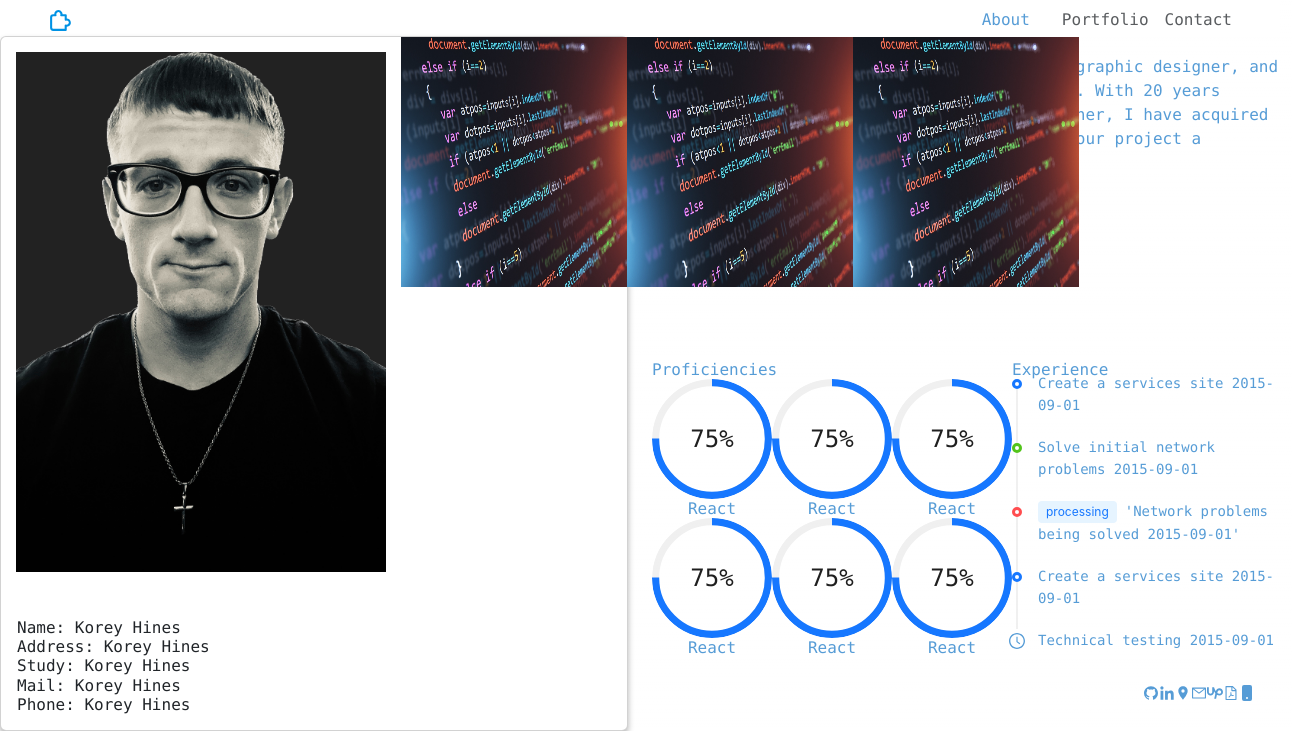
Repository: devkthines/next-portfolio-v2
Page: /about
An editor plug-in stored every save of this project. The page is shown before and after a run of saves, followed by the edit.
The browser window is 1280 px wide. The page is 1292 px wide, so the pictures cover 1292 px, including what lies to the right of the window. The pictures show the whole page.
The project was rebuilt for these pictures with package versions that can differ from the ones it lists, and the page was loaded fresh each time. The framework's server and built-in components were replaced by stand-ins that run in the browser. Also part of the build but not shown: next.config.js.

Above is the page before, as saved 2023-09-25 21:28:39.

### src/app/layout.tsx
import 'bootstrap/dist/css/bootstrap.css';
import './globals.css'
import '../../css/style.css'
import '../../css/mobile.css'
import type { Metadata } from 'next'
import { Inter } from 'next/font/google'
import TopNav from './components/topNav'
import Footer from './components/footer'
import BottomNav from './components/bottomNav'
// Put any other imports below so that CSS from your
// components takes precedence over default styles.
const inter = Inter({ subsets: ['latin'] })

export const metadata: Metadata = {
  title: "&lt;Korey ❤️ Coding/&gt;",
  description: 'Generated by create next app',
  icons: '/puzzle-piece.svg'
}

export default function RootLayout({
  children,
}: {
  children: React.ReactNode
}) {
  return (
    <html lang="en">
      <head>
        <link rel="shortcut icon" href="/puzzle-piece.svg" type="image/x-icon" />
      </head>
      <body className={inter.className}>
        <TopNav />
        {children}
        <Footer />
        <BottomNav />
      </body>
    </html>
  )
}

### src/app/about/page.js
'use client'
import Container from 'react-bootstrap/Container';
import Row from 'react-bootstrap/Row';
import Col from 'react-bootstrap/Col';
import Button from 'react-bootstrap/Button';
import Card from 'react-bootstrap/Card';
import { Progress, Space } from 'antd';
import { ClockCircleOutlined } from '@ant-design/icons';
import { Timeline } from 'antd';
import Image from 'next/image';
import { Descriptions } from 'antd';
import { Divider, Tag } from 'antd'
import {CaretRightOutlined} from '@ant-design/icons'
const items = [
  {
    key: '1',
    label: 'Name',
    children: 'Zhou Maomao',
  },
  {
    key: '2',
    label: 'Telephone',
    children: '209-366-9363',
  },
  {
    key: '3',
    label: 'Study',
    children: 'Software Engineering',
  },
  {
    key: '4',
    label: 'email',
    children: 'dev.kthines@gmail.com',
  },
  {
    key: '5',
    label: 'Address',
    children: 'Lodi, CA',
  },
];




export default function About() {

  return (
    <div id='about'>
      {/* <div> */}
        <Row>
          <Col id=''>
            <Card id='aboutcard'>
            <div className='d-flex'><Card.Img variant="top" id='aboutImg' src='/images/IMG-update.jpg' />
            <div className='d-flex'>
              <img  className='aboutImgs' src="/images/webstorm-vs-vscode.jpeg" alt="" />
              <img className='aboutImgs' src="/images/webstorm-vs-vscode.jpeg" alt="" />
              <img className='aboutImgs' src="/images/webstorm-vs-vscode.jpeg" alt="" />
            </div></div>
            <Card.Body>
              <h6>Name:  Korey Hines</h6>
              <h6>Address:  Korey Hines</h6>
              <h6>Study:  Korey Hines</h6>
              <h6>Mail:  Korey Hines</h6>
              <h6>Phone:  Korey Hines</h6>
            </Card.Body>
          </Card>
          </Col>
          <Col id='' className=''>
            <div id='abtTop' className='d-flex '><div>
              <h1>About</h1>
              <p>Hello there! My name is Alan Walker. I am
                a graphic designer, and I'm very passionate and dedicated to my work.
                With 20 years experience as a professional a graphic designer,
                I have acquired the skills and knowledge necessary to make your project a success.</p></div>
              <div className='d-flex'>
                {/* <Card className='interests'>
                  <Card.Img variant="top" className='interestImg' src='/images/IMG-update.jpg' />
                  <Card.Body>
                    <Card.Text>
                      Volunteering
                    </Card.Text>
                  </Card.Body>
                </Card>
                <Card className='interests' >
                  <Card.Img variant="top" className='interestImg' src='/images/IMG-update.jpg' />
                  <Card.Body>
                    <Card.Text>
                      All things CrossFit
                    </Card.Text>
                  </Card.Body>
                </Card> */}
              </div>
            </div>
            <div id='abtBtm' className='d-flex'>
            <div>
              <h1>Proficiencies</h1>
              <div className='d-flex'>
                <div className='text-center'><Progress strokeLinecap="butt" type="circle" percent={75} /><h6>React</h6></div>
                <div className='text-center'><Progress strokeLinecap="butt" type="circle" percent={75} /><h6>React</h6></div>
                <div className='text-center'><Progress strokeLinecap="butt" type="circle" percent={75} /><h6>React</h6></div>
              </div>
              <div className='d-flex'>
                <div className='text-center'><Progress strokeLinecap="butt" type="circle" percent={75} /><h6>React</h6></div>
                <div className='text-center'><Progress strokeLinecap="butt" type="circle" percent={75} /><h6>React</h6></div>
                <div className='text-center'><Progress strokeLinecap="butt" type="circle" percent={75} /><h6>React</h6></div>
              </div>
            </div>
            <div> <h1>Experience</h1>
              <Timeline
                // mode="alternate"
                items={[
                  {
                    children: 'Create a services site 2015-09-01',
                  },
                  {
                    children: 'Solve initial network problems 2015-09-01',
                    color: 'green',
                  },
                  {
                    color: 'red',
                    children: <><Tag bordered={false} color="processing">
                      processing
                    </Tag>'Network problems being solved 2015-09-01'</>,
                  },
                  {
                    children: 'Create a services site 2015-09-01',
                  },
                  {
                    dot: <ClockCircleOutlined style={{ fontSize: '16px' }} />,
                    children: 'Technical testing 2015-09-01',
                  },
                ]}
              />
            </div>
            </div>
          </Col>
        </Row>
      {/* </div> */}
    </div>
  )
}

### css/style.css
* {
    box-sizing: border-box;
    margin: 0;
    padding: 0;
    font-family: Consolas, "Courier New", monospace;
    /* background-color: #222222; */
    color: #569cd6;

}

body {
    background-color: white;
}

.infoSection {
    /* width: 80vw; */
    height: 90vh;
    /* display: flex; */
    /* justify-content: center; */
    /* margin-bottom: 20vh; */
    background-color: #222222;
    border-bottom: 3px solid #569cd6;
}

#infoCol {
    display: flex;
    justify-content: center;
}

.aboutSection {
    /* width: 80vw; */
    padding-top: 100px;
    /* height: 70vh; */
    background: linear-gradient(#222222, rgb(24, 24, 24));
}

#portrait {
    width: 40vw;
    height: 80vh;
    /* border-radius: 0 0 2rem 2rem; */
}

#portraitCol {
    display: flex;
    justify-content: center;
}

#portrait:hover {
    transform: rotateX(180deg);
}

.imgTest {
    margin: 10px;
}

.imgTest:active {
    flex-grow: 10000;
    transform: scale(1);

    max-width: 600px;
    margin: 0px;
    border-radius: 40px;

    background-size: auto 100%;
}

.tab-content {
    height: 100% !important;
    margin-left: 25% !important;
}

/* .color-change{
    background-color: greenyellow;
} */
.noShow {
    display: none;
}

.buttonShow {
    display: block;
}

#tile1 {
    width: 700px;
    height: 500px;
}

#experience {
    padding-top: 50px;
    height: auto;
}

main {
    display: flex;
    flex-direction: column;
    justify-content: center;
    align-items: center;
}

.middle {
    transition: .5s ease;
    opacity: 0;
    position: absolute;
    top: 50%;
    left: 50%;
    transform: translate(-50%, -50%);
    -ms-transform: translate(-50%, -50%);
    text-align: center;
}

#imageTile1 {
    position: relative;
    width: 40vw;
    height: 70vh;
}

#tile1 {
    width: 100%;
    height: 100%;
}

#imageTile1:hover #tile1 {
    opacity: 0.3;
}

#imageTile1:hover .middle {
    opacity: 1;
}

.text {
    background-color: #04AA6D;
    color: white;
    font-size: 16px;
    padding: 16px 32px;
}

#no-expand {
    display: none;

}

#expandIt {
    display: block;
}

.no-Display {
    display: none;
}

.okToDisplay {
    display: block;
}

a.nav-link {
    color: #569cd6;
}


#topNav {
    background-color: white;
    display: none;
    /* position: fixed; */
    /* top: 0; */
    width: 100%;
    height: 5vh;
}

#footer {
    display: flex;
    justify-content: space-between;
    padding: 0 25px;
}

#bottomNav {
    display: flex;
    position: fixed;
    bottom: 0;
    width: 100%;
    background-color: white;
    font-size: 16px;
}
#about{
    /* margin-top: 10vh; */
    height: 90vh;
    /* overflow: hidden; */
}

#aboutImg{
    width: 400px;
    /* height: ; */
    padding: 15px 15px 30px;
}
#aboutcard{
    box-shadow: 0 4px 6px rgba(0, 0, 0, .3);
    /* height: fit-content; */
    /* width: 400px; */

}
.interests{
    width: 200px;
    height: 300px;
}
.interestImg{
    width: 200px;
    height: 200px;
}
#abtTop{
    height: 45vh;
}
#abtBtm{
    height: 45vh;
}
#abtLeft{
    /* width: 25vw; */
}
#abtRight{
    /* width: 75vw; */
}
.aboutImgs{
    width: 250px;
    height: 250px;
}

### css/mobile.css
@media screen and (min-width: 640px){

    /* background-color: green!important; */
    #portrait{
        width: 500px;
        height: 500px;
        /* border-radius: 0 0 2rem 2rem; */

    }

main{
    /* color: white!important; */
}
}
@media screen and (min-width: 768px){
#portraitCol{

    justify-content: start;
}
#infoCol{
    justify-content: end;
    /* text-align: end; */
}
}
@media screen and (min-width: 1024px){
    #portrait{
        width: 600px;
        height: 600px;
        /* border-radius: 0 0 2rem 2rem; */
    }
    #topNav{
        display:flex ;
    }
    #bottomNav{
        display: none;
    }
}
@media screen and (min-width: 1280px){

}
@media screen and (min-width: 1536px){

}

### src/app/components/topNav.js
'use client';
import Nav from 'react-bootstrap/Nav';
import Image from 'next/image';


export default function TopNav(){

    return(
        <header>
        {/* <Navbar id='topNav' className={`${color ? 'color-change' : ''}`} sticky='top' expand="lg" > */}

        <Nav id='topNav' variant="underline" defaultActiveKey="/home" className='d-flex justify-content-between'>
       <div className='ms-5'><Nav.Item>
          <Nav.Link href="/"><Image width={25} height={25} id='navbrand' src="/puzzle-piece.svg" alt="" /></Nav.Link>
        </Nav.Item></div>
        <div className='d-flex me-5'><Nav.Item className='px-3'>
          <Nav.Link href="/about">About</Nav.Link>
        </Nav.Item>
        <Nav.Item className='px-3'>
          <Nav.Link eventKey="disabled" disabled>
            Portfolio
          </Nav.Link>
        </Nav.Item>
        <Nav.Item>
          <Nav.Link eventKey="disabled" disabled>
            Contact
          </Nav.Link>
        </Nav.Item>
        </div>
      </Nav>
      </header>
    )
} ;

### src/app/components/footer.js
'use client'

import OverlayTrigger from 'react-bootstrap/OverlayTrigger';
import Card from 'react-bootstrap/Card';
import { AiFillGithub } from 'react-icons/ai';
import { GrLinkedinOption } from 'react-icons/gr';
import { MdVolunteerActivism } from 'react-icons/md';
import { IoLogoCss3 } from 'react-icons/io';
import { IoLogoJavascript } from 'react-icons/io';
import { CgGym } from 'react-icons/cg';
import { AiOutlineMail } from 'react-icons/ai';
import { AiOutlineFilePdf } from 'react-icons/ai';
import { BsFillPhoneFill } from 'react-icons/bs';
import { MdLocationOn } from 'react-icons/md';
import { SiUpwork } from 'react-icons/si';
// import PicOfMe from '/images/image_67220481.JPG'
import Container from 'react-bootstrap/Container';
import Row from 'react-bootstrap/Row';
import Col from 'react-bootstrap/Col';
import { useEffect } from 'react';
import Tooltip from 'react-bootstrap/Tooltip';
import $ from 'jquery'

 export default function Footer(){
    const btnName = {
        'gitHub': {
          'id': 1,
          "placement": "bottom",
          "info": "gitHub",
          "icon": <a href="https://github.com/devkthines" target='_blank'>
            <button className='quickLinks'><AiFillGithub /></button></a>
        },
        'linkedIn': {
          'id': 2,
          "placement": "bottom",
          "info": "linkedIn",
          "icon": <a href="https://www.linkedin.com/in/korey-hines-17b0a9263" target='_blank'><button className='quickLinks'><GrLinkedinOption />
          </button></a>
        },
        'gMaps': {
          'id': 3,
          "placement": "bottom",
          "info": "gMaps",
          "icon": <a href="https://goo.gl/maps/BovFkBEjUMQ6VBob9" target='_blank'>
            <button className='quickLinks'><MdLocationOn /></button></a>
        },
        'gMail': {
          'id': 4,
          "placement": "bottom",
          "info": "gMail",
          "icon": <a href="mailto:dev.kthines@gmail.com"><button className='quickLinks'><AiOutlineMail /></button></a>
        },
        'upWork': {
          'id': 5,
          "placement": "bottom",
          "info": "upWork",
          "icon": <a href="https://www.upwork.com/freelancers/~01ae4feb16c6fa7213?viewMode=1" target='_blank'>
            <button className='quickLinks'><SiUpwork /></button></a>
        },
        'redPDF': {
          'id': 6,
          "placement": "bottom",
          "info": "resume",
          "icon": <a className='aLink' target="_blank" href="/files/hinesResume.pdf">
            <button className='quickLinks'><AiOutlineFilePdf /></button></a>
        },
        'phone': {
          'id': 7,
          "placement": "bottom",
          "info": "phone",
          "icon": <a href="tel:2093669363" >  <button className='quickLinks'><BsFillPhoneFill /></button></a>
        }
      }
    return(
        <>
        <footer id='footer'><p>Copyright 2023- Korey Hines</p>
       <div> {Object.entries(btnName).map(([k, v]) => (
                <div className='d-inline-block' key={v.id}>
                  <OverlayTrigger
                    trigger="hover"
                    key={v.id}
                    placement={v.placement}
                    overlay={

                      <Tooltip id={`tooltip-${v.placement}`}>
                        {v.info}
                      </Tooltip>
                    }
                  >
                    {v.icon}
                  </OverlayTrigger>
                </div>))}
</div>
        </footer>
        </>
    )
 }

### src/app/components/bottomNav.js
'use client'
import Nav from 'react-bootstrap/Nav';
import Image from 'next/image';
export default function BottomNav(){

    return(
        <>
        <Nav id='bottomNav' className="justify-content-center" activeKey="/home">
        <Nav.Item>
          <Nav.Link href="/"><Image width={25} height={25} id='navbrand' src="/puzzle-piece.svg" alt="" /></Nav.Link>
        </Nav.Item>
        <Nav.Item>
          <Nav.Link eventKey="link-1">About</Nav.Link>
        </Nav.Item>
        <Nav.Item>
          <Nav.Link eventKey="link-2">Portfolio</Nav.Link>
        </Nav.Item>
        <Nav.Item>
          <Nav.Link eventKey="disabled" disabled>
            Contact
          </Nav.Link>
        </Nav.Item>
      </Nav>
        </>
    )
}

Loaded but not shown: src/app/globals.css (common file); tailwind.config.ts (common file)

After the next 3 saves:
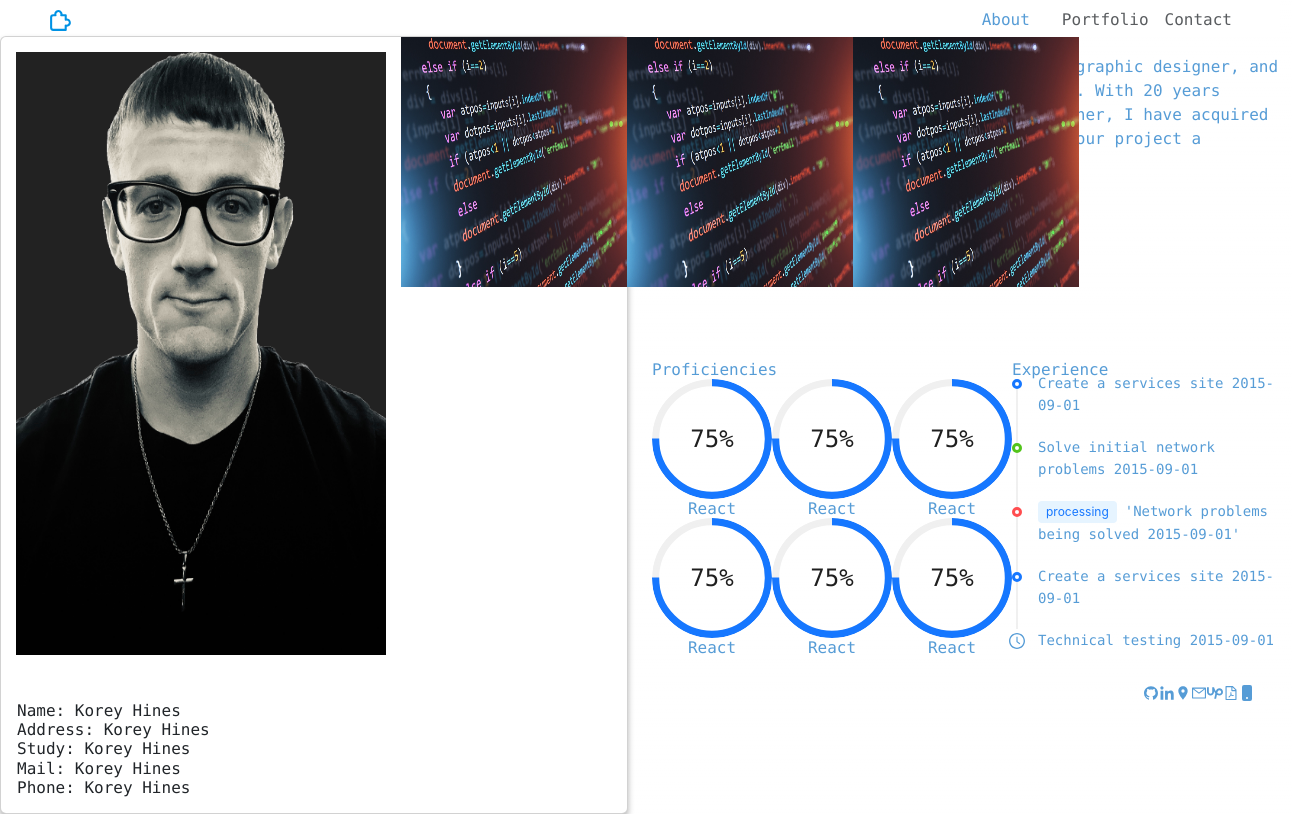
The 3 saves are shown as one change because they came seconds apart.
The last was saved 13 s later.
--- a/src/app/about/page.js
+++ b/src/app/about/page.js
@@ -51,7 +51,7 @@
           <Col id=''>
             <Card id='aboutcard'>
             <div className='d-flex'><Card.Img variant="top" id='aboutImg' src='/images/IMG-update.jpg' />
-            <div className='d-flex'>
+            <div id='about' className='d-flex'>
               <img  className='aboutImgs' src="/images/webstorm-vs-vscode.jpeg" alt="" />
               <img className='aboutImgs' src="/images/webstorm-vs-vscode.jpeg" alt="" />
               <img className='aboutImgs' src="/images/webstorm-vs-vscode.jpeg" alt="" />

After the 2 saves that followed:
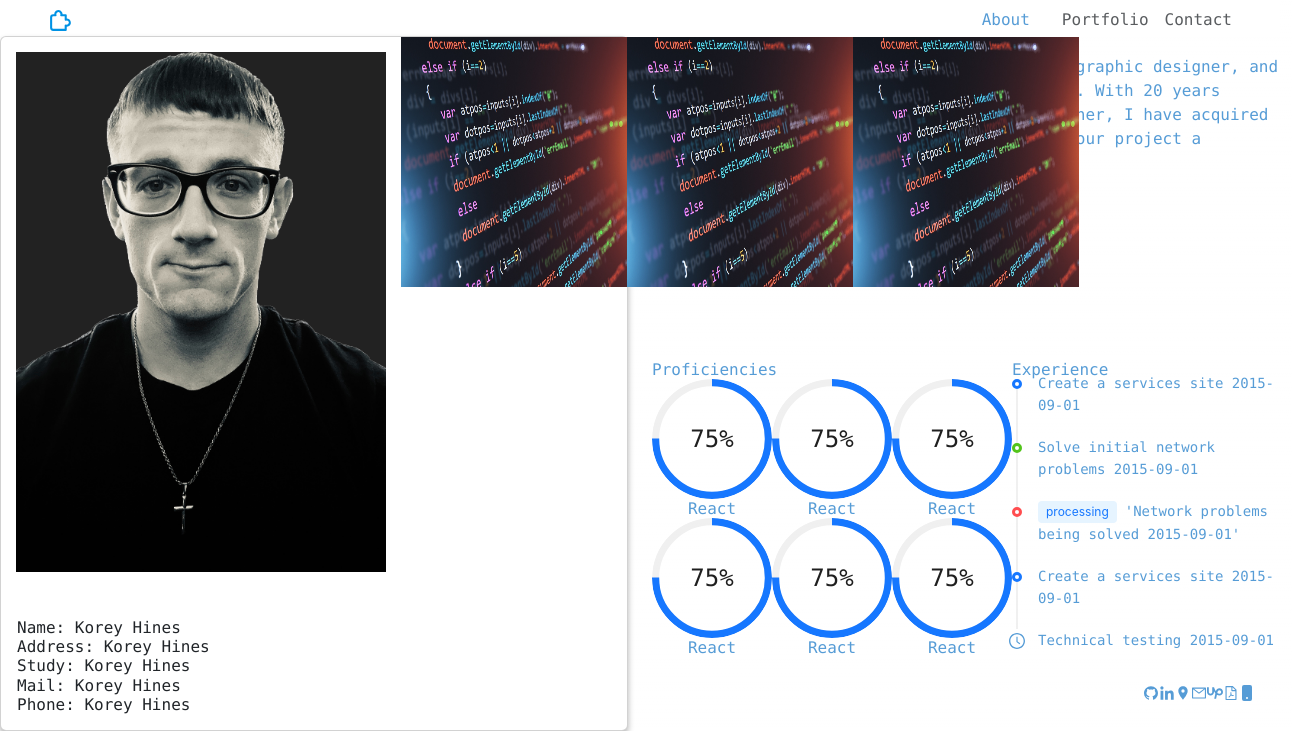
The 2 saves are shown as one change because they came seconds apart.
The last was saved 6 s later.
--- a/src/app/about/page.js
+++ b/src/app/about/page.js
@@ -51,7 +51,7 @@
           <Col id=''>
             <Card id='aboutcard'>
             <div className='d-flex'><Card.Img variant="top" id='aboutImg' src='/images/IMG-update.jpg' />
-            <div id='about' className='d-flex'>
+            <div id='aboutImgs' className='d-flex'>
               <img  className='aboutImgs' src="/images/webstorm-vs-vscode.jpeg" alt="" />
               <img className='aboutImgs' src="/images/webstorm-vs-vscode.jpeg" alt="" />
               <img className='aboutImgs' src="/images/webstorm-vs-vscode.jpeg" alt="" />
